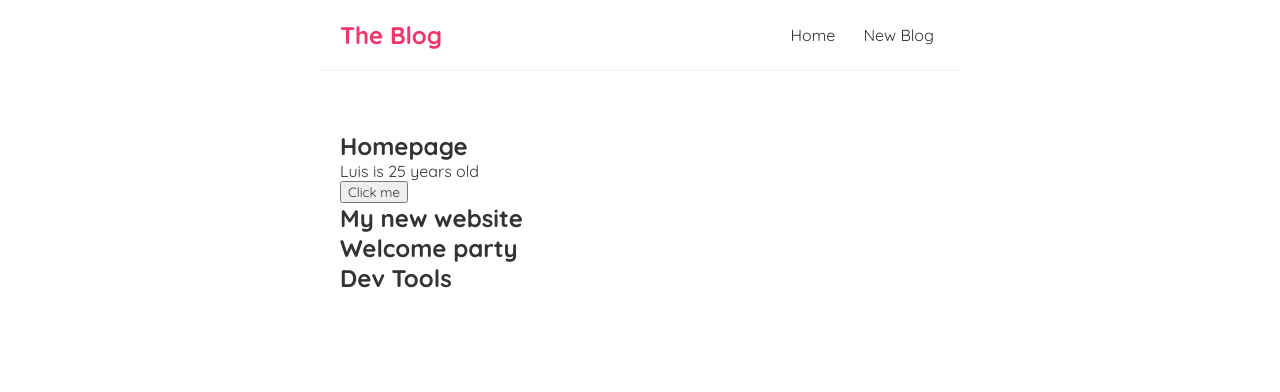
Repository: castilla-aurela/react-blog
Page: /
An editor plug-in stored every save of this project. The page is shown before and after the next save, followed by the edit.
The browser window is 1280 px wide. The pictures show the whole page.
The project was rebuilt for these pictures with package versions that can differ from the ones it lists, and the page was loaded fresh each time.

Above is the page before, as saved 2022-02-17 16:49:53.

After the next save:
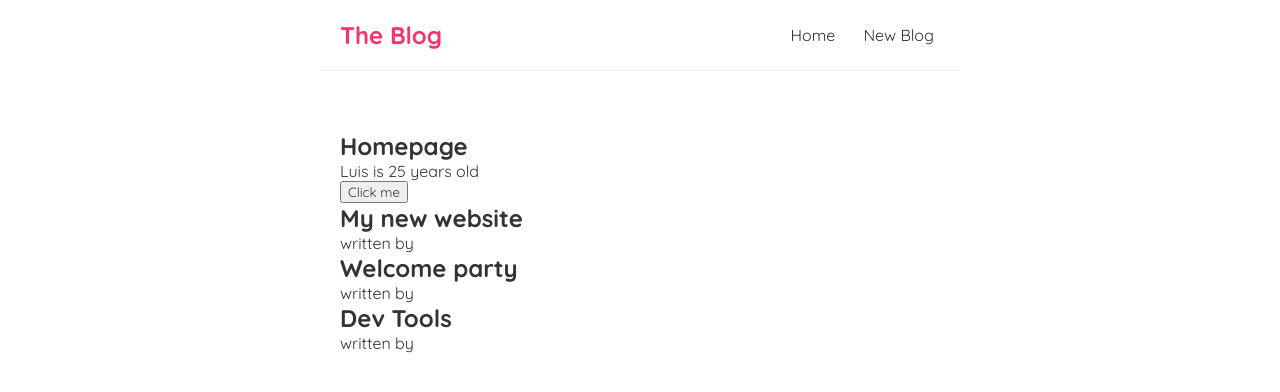
Saved 10 s later.
--- a/src/Home.js
+++ b/src/Home.js
@@ -25,7 +25,7 @@ const Home = () => {
             {blogs.map((blog)=>(
                 <div className="blog-preview" key={blog.id}>
                     <h2>{ blog.tittle}</h2>
-                    <p>{ }</p>
+                    <p>written by { }</p>
                 </div>
                 ))}
         </div>
